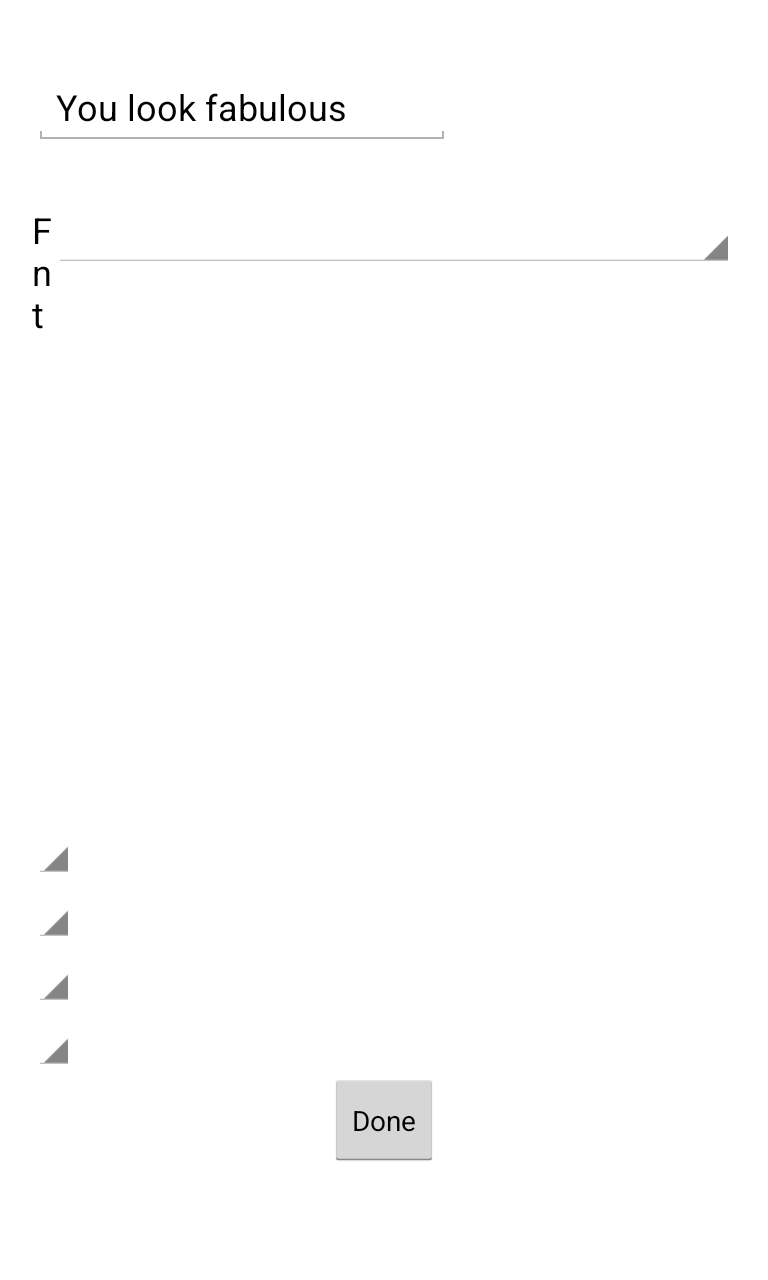
Repository: rtyanas/MyPics
Layout: workspace/MyPic/res/layout/activity_settings.xml
The author's editor kept a copy of each file at every save. The layout is drawn from the files as they stood at one save, then again after the next save.
It is drawn on a 768 x 1280 px phone screen (xhdpi) without system bars, with theme AppTheme; the app's code is not run.

Above is the layout before, as saved 2013-12-17 19:15:00.

After the next save:
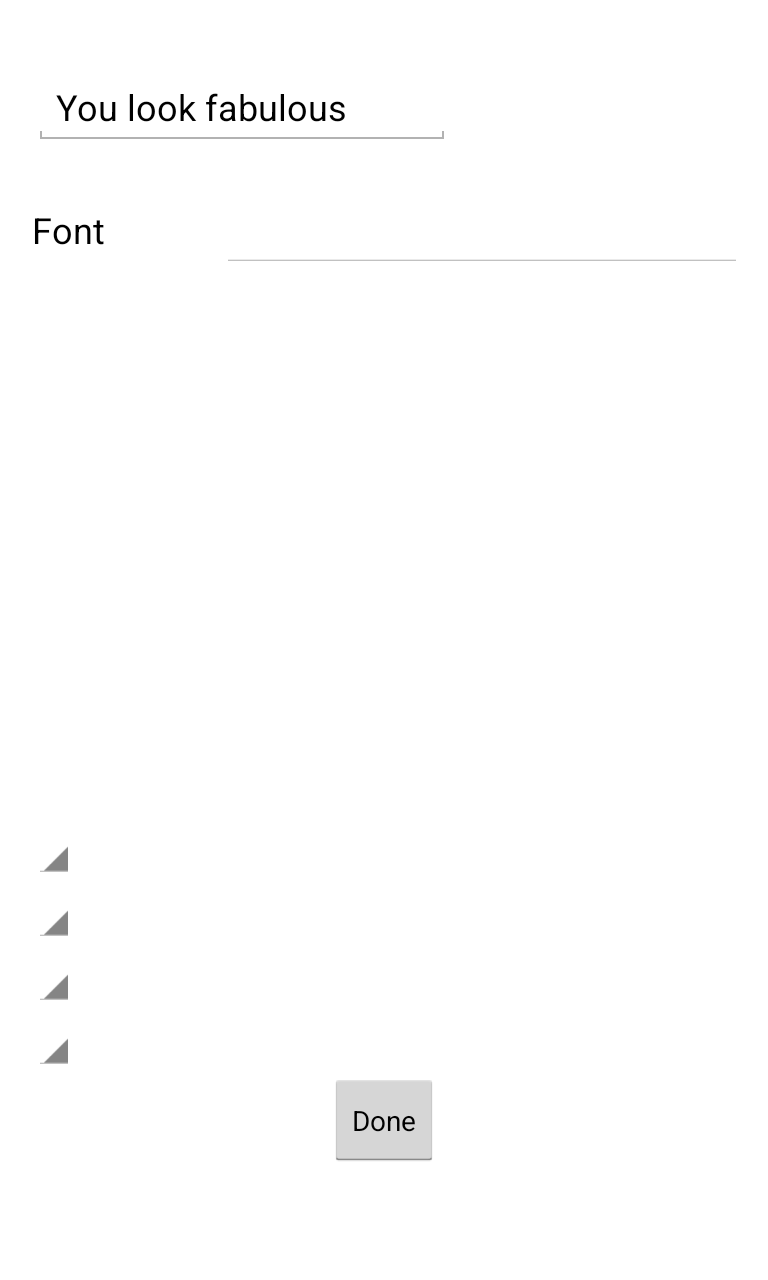
Saved 34 s later.
--- a/workspace/MyPic/res/layout/activity_settings.xml
+++ b/workspace/MyPic/res/layout/activity_settings.xml
@@ -66,9 +66,8 @@
 
         <TextView
             android:id="@+id/textView2"
-            android:layout_width="wrap_content"
+            android:layout_width="94dp"
             android:layout_height="wrap_content"
-            android:layout_weight="0.39"
             android:text="@string/font"
             android:textAppearance="?android:attr/textAppearanceMedium" />
 
